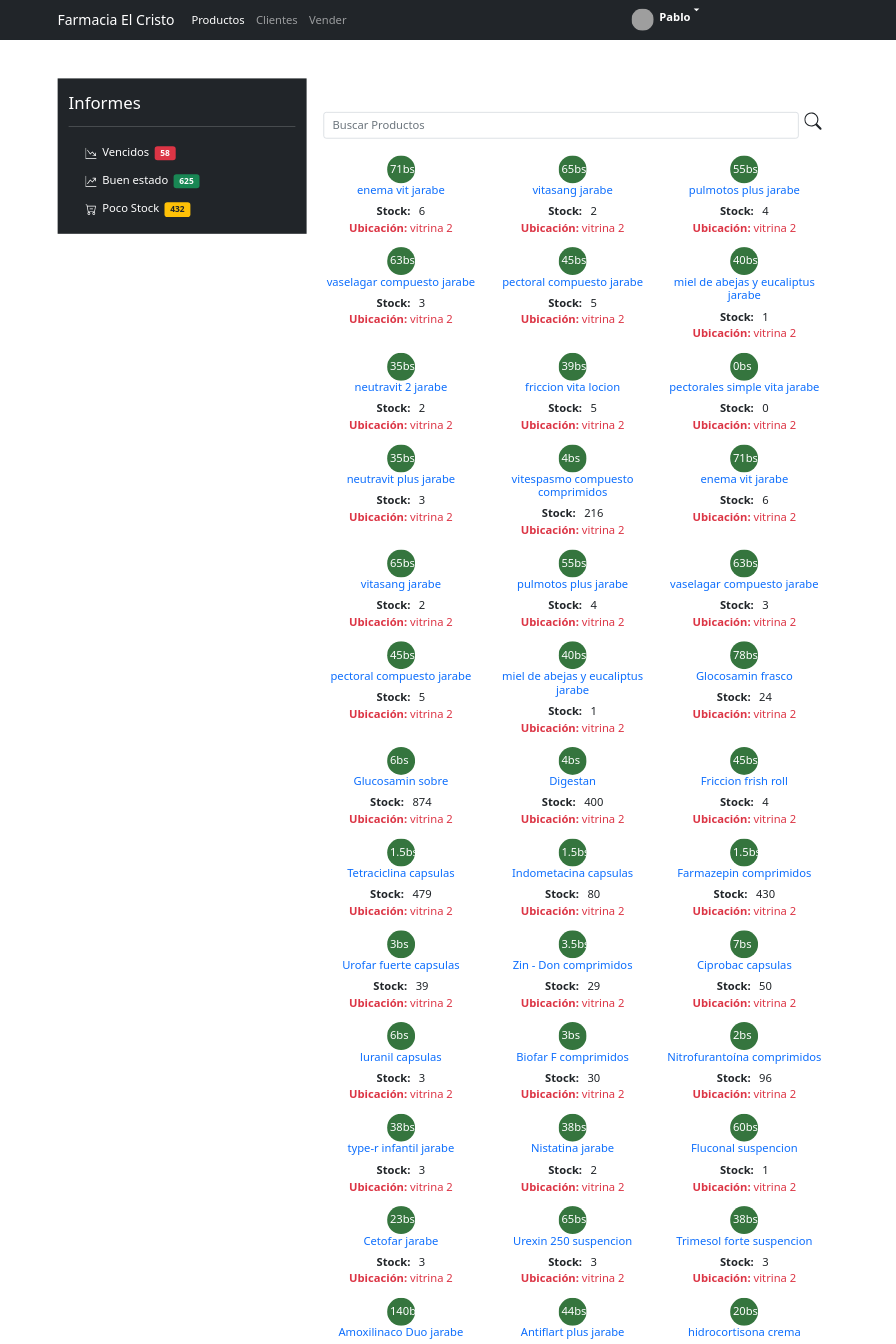
Repository: covales/farmacia
Page: /
These files come from the project's save history. The page is drawn as it stood at one moment and after a run of saves; the edit follows.
The browser window is 1280 px wide. The pictures show the part of the page from y = 0 to 1920 px (the page is 36407 px tall), at 70% of full size.
Pictures or frames that could not be fetched are drawn as grey boxes. The project was rebuilt for these pictures with package versions that can differ from the ones it lists, and the page was loaded fresh each time. Also part of the build but not shown: src/components/header/Header.jsx, src/components/product/ListProductVencidos.jsx, src/components/product/ListProductGood.jsx, src/components/product/ListProductLowStock.jsx, src/components/product/ProductSale.jsx, src/clientes/ListClient.jsx, src/components/product/Product.jsx.

Above is the page before, as saved 2022-01-23 13:15:18.

### public/index.html
<!DOCTYPE html>
<html lang="es">

<head>
  <meta charset="utf-8" />
  <link rel="icon" href="%PUBLIC_URL%/favicon.ico" />
  <meta name="viewport" content="width=device-width, initial-scale=1" />
  <meta name="theme-color" content="#000000" />
  <meta name="description" content="Web site created using create-react-app" />
  <link rel="apple-touch-icon" href="%PUBLIC_URL%/logo192.png" />

  <link rel="manifest" href="%PUBLIC_URL%/manifest.json" />

  <title>Farmacia</title>
  <link href="https://cdn.jsdelivr.net/npm/bootstrap@5.1.3/dist/css/bootstrap.min.css" rel="stylesheet"
    integrity="sha384-1BmE4kWBq78iYhFldvKuhfTAU6auU8tT94WrHftjDbrCEXSU1oBoqyl2QvZ6jIW3" crossorigin="anonymous">
  <script src="https://cdn.jsdelivr.net/npm/bootstrap@5.1.3/dist/js/bootstrap.bundle.min.js"
    integrity="sha384-ka7Sk0Gln4gmtz2MlQnikT1wXgYsOg+OMhuP+IlRH9sENBO0LRn5q+8nbTov4+1p"
    crossorigin="anonymous"></script>
</head>

<body>

  <div id="root"></div>

</body>

</html>

### src/index.js
import React from 'react';
import ReactDOM from 'react-dom';
import App from './App';


ReactDOM.render(

    <App/>,

  document.getElementById('root')
);

### src/App.js
import Home from './pages/Home';
import { BrowserRouter as Router, Routes, Route } from "react-router-dom";
import ListProductVencidos from './components/product/ListProductVencidos';
import ListProductGood from './components/product/ListProductGood';
import ListProductLowStock from './components/product/ListProductLowStock';
import ProductSale from './components/product/ProductSale';
import ListClient from './clientes/ListClient';
import Product from './components/product/Product';

function App() {
  return (
    <Router>

        <Routes>
          <Route exact path="/" element={<Home />}/>
          <Route exact path="vencidos" element={<ListProductVencidos/>}/>
          <Route exact path="good" element={<ListProductGood/>}/>
          <Route exact path="lowstock" element={<ListProductLowStock/>}/>
          <Route exact path="productsale" element={<ProductSale/>}/>
          <Route exact path="productos" element={<Product/>}/>
          <Route exact path="clientes" element={<ListClient/>}/>
        </Routes>

    </Router>

  );
}

export default App;

### src/pages/Home.jsx
import React from 'react'
import styled from 'styled-components'
import AsideReport from '../components/aside/AsideReport'
import Header from '../components/header/Header'
import Navbar from '../components/navbar/Navbar'
import ListProduct from '../components/product/ListProduct'

const Home = () => {
    return (
        <>
            <Navbar></Navbar>
            <main className='container pt-5'>
                <div className="row">
                    <div className="col-md-4"><AsideReport /></div>
                    <div className="col"><ListProduct /></div>
                </div>
            </main>

        </>

    )
}

export default Home

### src/components/aside/AsideReport.jsx
import React, { useState, useEffect } from 'react'
import data from '../../data/data'
import { Link } from "react-router-dom";

const initialExpiration = () => {
    const fActual = new Date();
    const limite = data.length;
    var number = 0;
    const BusquedaVencidos = [];

    for (let index = 0; index < limite; index++) {

        const productFV = new Date(data[index].fVencimiento?.toString());

        if (productFV <= fActual) {

            BusquedaVencidos.push(data[index]);
            number = BusquedaVencidos.length;

        }

    }

    return number
}

const initialGood = () => {
    const fActual = new Date();
    const limite = data.length;
    var number = 0;
    const BusquedaBuenos = [];

    for (let index = 0; index < limite; index++) {

        const productFV = new Date(data[index].fVencimiento?.toString());

        if (productFV > fActual) {

            BusquedaBuenos.push(data[index]);
            number = BusquedaBuenos.length;

        }

    }

    return number

}

const lowStock = () => {

    var number = 0;
    const limite = data.length;
    const lowstock = [];


    for (let index = 0; index < limite; index++) {

        const productCantidad = data[index].cantidad?.toString();
        const productItem = data[index].item?.toString();
        if (productCantidad<=10){
            lowstock.push(data[index])
           // console.log(lowstock, productItem,productCantidad);
           // console.log("total" + " "+ lowstock.length )
           number=lowstock.length;
        }




    }

    return number


}


const AsideReport = () => {

    const [count, setCount] = useState(initialExpiration);
    const [countxv, setCountXV] = useState(initialGood);
    const [countstock, setCountStock] = useState(lowStock);




    return (
        <div className='sticky-top pt-5'>
            <p></p>
            <div className="d-flex flex-column flex-shrink-0 p-3 text-white bg-dark">
                <p className="d-flex align-items-center mb-3 mb-md-0 me-md-auto text-white text-decoration-none">

                    <span className="fs-4">Informes</span>
                </p>
                <hr />
                <ul className="nav nav-pills flex-column ">
                    <li className="nav-item ">
                        <Link to="/vencidos" className="nav-link text-white " aria-current="page">
                            <svg xmlns="http://www.w3.org/2000/svg" width="16" height="16" fill="currentColor" className="bi bi-graph-down-arrow mx-2" viewBox="0 0 16 16">
                                <path d="M0 0h1v15h15v1H0V0Zm10 11.5a.5.5 0 0 0 .5.5h4a.5.5 0 0 0 .5-.5v-4a.5.5 0 0 0-1 0v2.6l-3.613-4.417a.5.5 0 0 0-.74-.037L7.06 8.233 3.404 3.206a.5.5 0 0 0-.808.588l4 5.5a.5.5 0 0 0 .758.06l2.609-2.61L13.445 11H10.5a.5.5 0 0 0-.5.5Z" />
                            </svg>
                            Vencidos<span className="badge bg-danger mx-2" >{count}</span>
                        </Link>
                    </li>
                    <li>
                        <Link to="/good" className="nav-link text-white">
                            <svg xmlns="http://www.w3.org/2000/svg" width="16" height="16" fill="currentColor" className="bi bi-graph-up-arrow mx-2" viewBox="0 0 16 16">
                                <path d="M0 0h1v15h15v1H0V0Zm10 3.5a.5.5 0 0 1 .5-.5h4a.5.5 0 0 1 .5.5v4a.5.5 0 0 1-1 0V4.9l-3.613 4.417a.5.5 0 0 1-.74.037L7.06 6.767l-3.656 5.027a.5.5 0 0 1-.808-.588l4-5.5a.5.5 0 0 1 .758-.06l2.609 2.61L13.445 4H10.5a.5.5 0 0 1-.5-.5Z" />
                            </svg>
                            Buen estado<span className="badge bg-success mx-2">{countxv}</span>
                        </Link>
                    </li>
                    <li>
                        <Link to="/lowstock" className="nav-link text-white ">
                            <svg xmlns="http://www.w3.org/2000/svg" width="16" height="16" fill="currentColor" className="bi bi-cart-dash mx-2" viewBox="0 0 16 16">
                                <path d="M6.5 7a.5.5 0 0 0 0 1h4a.5.5 0 0 0 0-1h-4z" />
                                <path d="M.5 1a.5.5 0 0 0 0 1h1.11l.401 1.607 1.498 7.985A.5.5 0 0 0 4 12h1a2 2 0 1 0 0 4 2 2 0 0 0 0-4h7a2 2 0 1 0 0 4 2 2 0 0 0 0-4h1a.5.5 0 0 0 .491-.408l1.5-8A.5.5 0 0 0 14.5 3H2.89l-.405-1.621A.5.5 0 0 0 2 1H.5zm3.915 10L3.102 4h10.796l-1.313 7h-8.17zM6 14a1 1 0 1 1-2 0 1 1 0 0 1 2 0zm7 0a1 1 0 1 1-2 0 1 1 0 0 1 2 0z" />
                            </svg>
                            Poco Stock<span className="badge bg-warning text-dark mx-2">{countstock}</span>
                        </Link>
                    </li>
                </ul>
            </div>

        </div>
    )
}

export default AsideReport

### src/components/navbar/Navbar.jsx
import React from 'react'
import Search from '../search/Search'
import { Link } from "react-router-dom";
import FormAddProduct from '../product/FormAddProduct';

const Navbar = (props) => {
    return (

        <div className='container'>
            <nav className="navbar navbar-expand-md navbar-dark  fixed-top bg-dark ">
                <div className="container ">
                    <Link className="navbar-brand" to="/">Farmacia El Cristo</Link>
                    <button className="navbar-toggler" type="button" data-bs-toggle="collapse" data-bs-target="#navbarCollapse" aria-controls="navbarCollapse" aria-expanded="false" aria-label="Toggle navigation">
                        <span className="navbar-toggler-icon"></span>
                    </button>
                    <div className="collapse navbar-collapse" id="navbarCollapse">
                        <ul className="navbar-nav me-auto mb-2 mb-md-0 ">
                            <li className="nav-item ">
                                <Link className="nav-link active" aria-current="page" to="/productos">Productos</Link>
                            </li>
                            <li className="nav-item">
                                <Link className="nav-link" to="/clientes">Clientes</Link>
                            </li>
                            <li className="nav-item">
                                <Link className="nav-link " to='/productsale'>Vender</Link>
                            </li>
                        </ul>
                        <div className="dropdown mx-auto">
                            <a href="#" className="d-flex text-white text-decoration-none dropdown-toggle" id="dropdownUser1" data-bs-toggle="dropdown" aria-expanded="false">
                                <img src="https://github.com/mdo.png" alt="" width="32" height="32" className="rounded-circle me-2" />
                                <strong>Pablo</strong>
                            </a>
                            <ul className="dropdown-menu dropdown-menu-dark text-small shadow" aria-labelledby="dropdownUser1">
                                <li><a className="dropdown-item" data-bs-toggle="modal" data-bs-target="#exampleModal">Registrar Producto</a></li>
                                <li><a className="dropdown-item" href="#">Registrar Vendedor</a></li>
                                <li><a className="dropdown-item" href="#">Registrar Cliente</a></li>
                                <li><hr className="dropdown-divider" /></li>
                                <li><a className="dropdown-item" href="#">Salir</a></li>
                            </ul>
                        </div>
                    </div>
                </div>
            </nav>
            <div className="modal fade" id="exampleModal"  aria-labelledby="exampleModalLabel" aria-hidden="true">
                <div className="modal-dialog modal-lg">
                    <div className="modal-content">
                        <div className="modal-header">
                            <h5 className="modal-title" id="exampleModalLabel">Registrar productos</h5>
                            <button type="button" className="btn-close" data-bs-dismiss="modal" aria-label="Close"></button>
                        </div>
                        <div className="modal-body">
                            <FormAddProduct></FormAddProduct>
                        </div>
                    </div>
                </div>
            </div>
        </div>

    )
}

export default Navbar

### src/components/product/ListProduct.jsx
import React, { useState, useEffect } from 'react'
import data from '../../data/data'
import Search from '../search/Search'





const ListProduct = () => {

    const [productos, setProductos] = useState([]);
    const [productsearch, setProductsearch] = useState([]);

    const getProductos = async () => {

        setProductos(data);
        setProductsearch(data);

    }

    const filtrar = (terminoBusqueda) => {

        const resultadoBusqueda = [];
        const limite = productsearch.length;

        for (let index = 0; index < limite; index++) {
            const nombreProducto = productsearch[index].medicamentoPresentacion?.toLowerCase();
            //console.log(nombreProducto);
            const patt = new RegExp(terminoBusqueda);
            const res = patt.test(nombreProducto);

            if (res) {
                resultadoBusqueda.push(productsearch[index])
            }
        }


        setProductos(resultadoBusqueda);

    }

    useEffect(() => {
        getProductos();
    }, [])


    return (

        <div className='row pt-5'>
            <div className='row sticky-top pt-5' >
                <div className='col-12'>
                    <p></p>
                <Search filtro={filtrar} />
                </div>

            </div>


            <div className="row pt-4">
                {productos && productos.map((producto) => {

                    return (
                        <div className="col-4 text-center" key={producto.item}>
                            <svg className="bd-placeholder-img rounded-circle" width="40" height="40" role="img" preserveAspectRatio="xMidYMid slice" focusable="false"><rect width="100%" height="100%" fill="#35753e" /><text x="10%" y="50%" fill="#fff" dy=".3em">{producto.pVenta}bs</text></svg>
                            <h6 className='text-primary '>{producto.medicamentoPresentacion}</h6>
                            <p ><b className='me-2'>Stock:</b> {producto.cantidad}<br />
                                <span className='text-danger'> <b> Ubicación:</b> {producto.ubicacion}</span>
                            </p>

                        </div>

                    );
                })}

            </div>

        </div>
    )
}

export default ListProduct

### src/components/search/Search.jsx
import React, { useState } from 'react'


const Search = (props) => {

    const [busqueda, setbusqueda] = useState("");

    const handleChange = (e) => {
        e.preventDefault();
        const cadena = e.target.value?.toLowerCase();
        setbusqueda(e.target.value);
        props.filtro(cadena);
        // console.log("busqueda: " + cadena);

    }

    return (

        <form className="d-flex">
            <input className="form-control me-2" type="search" placeholder="Buscar Productos" aria-label="Search" value={busqueda} onChange={handleChange} />
            <svg  width="26" height="26" fill="currentColor" className="bi bi-search" viewBox="0 0 16 16">
                <path d="M11.742 10.344a6.5 6.5 0 1 0-1.397 1.398h-.001c.03.04.062.078.098.115l3.85 3.85a1 1 0 0 0 1.415-1.414l-3.85-3.85a1.007 1.007 0 0 0-.115-.1zM12 6.5a5.5 5.5 0 1 1-11 0 5.5 5.5 0 0 1 11 0z" />
            </svg>
        </form>

    )
}

export default Search

### src/components/product/FormAddProduct.jsx
import React, { useState } from 'react'
import { addDoc, collection } from "firebase/firestore"
import db from "../../data/firebaseConfig"

const initialStateValues = {
    nombreProducto: '',
    presentacion: '',
    laboratorio: '',
    stock: '',
    fCompra: '',
    fVencimiento: '', //FECHA DE VENCIMIENTO
    pCompra: '',
    pVenta: '',  //PRECIO DE VENTA
    modoVenta: '',
    ubicacion: '',

}

const FormAddProduct = () => {

    const [producto, setProducto] = useState([initialStateValues]);

    const handleInputChange = e => {
        const { id, value } = e.target;
        setProducto({ ...producto, [id]: value });
        //console.log(addProducto);
    }

    const registrarProducto = async (objProducto) => {
        //console.log(objProducto);
        await addDoc(collection(db, "productos"), objProducto);
        console.log("registro exitoso");
    }

    const handleSubmit = e => {

        registrarProducto(producto);
        setProducto({ ...initialStateValues });
    }

    return (

        <div>
            <div className="mb-2 row">
                <label htmlFor="nombreProducto" className="col-sm-5 col-form-label col-form-label-sm">Nombre del producto</label>
                <div className="col-sm-5">
                    <input
                        type="text"
                        className="form-control form-control-sm"
                        id="nombreProducto"
                        onChange={handleInputChange}
                        value={producto.nombreProducto}
                    />
                </div>
            </div>
            <div className="mb-2 row">
                <label htmlFor="presentacion" className="col-sm-5 col-form-label col-form-label-sm">Presentacion</label>
                <div className="col-sm-5">
                    <input
                        type="text"
                        className="form-control form-control-sm"
                        id="presentacion"
                        onChange={handleInputChange}
                        value={producto.presentacion}
                    />
                </div>
            </div>
            <div className="mb-2 row">
                <label htmlFor="laboratorio" className="col-sm-5 col-form-label col-form-label-sm">Laboratorio</label>
                <div className="col-sm-5">
                    <input
                    type="text"
                    className="form-control form-control-sm"
                    id="laboratorio"
                    onChange={handleInputChange}
                    value={producto.laboratorio}
                    />
                </div>
            </div>
            <div className="mb-2 row">
                <label htmlFor="stock" className="col-sm-5 col-form-label col-form-label-sm">Stock</label>
                <div className="col-sm-5">
                    <input
                    type="number"
                    className="form-control form-control-sm"
                    id="stock"
                    onChange={handleInputChange}
                    value={producto.stock}
                    />
                </div>
            </div>
            <div className="mb-2 row">
                <label htmlFor="fCompra" className="col-sm-5 col-form-label col-form-label-sm">Fecha de compra</label>
                <div className="col-sm-5">
                    <input
                    type="date"
                    className="form-control form-control-sm"
                    id="fCompra"
                    onChange={handleInputChange}
                    value={producto.fCompra}
                    />
                </div>
            </div>
            <div className="mb-2 row">
                <label htmlFor="fVencimiento" className="col-sm-5 col-form-label col-form-label-sm">Fecha de vencimiento</label>
                <div className="col-sm-5">
                    <input
                    type="date"
                    className="form-control form-control-sm"
                    id="fVencimiento"
                    onChange={handleInputChange}
                    value={producto.fVencimiento}
                    />
                </div>
            </div>
            <div className="mb-2 row">
                <label htmlFor="pCompra" className="col-sm-5 col-form-label col-form-label-sm">Precio de compra</label>
                <div className="col-sm-5">
                    <input
                    type="number"
                    className="form-control form-control-sm"
                    id="pCompra"
                    onChange={handleInputChange}
                    value={producto.pCompra}
                    />
                </div>
            </div>
            <div className="mb-2 row">
                <label htmlFor="pVenta" className="col-sm-5 col-form-label col-form-label-sm">Precio de venta</label>
                <div className="col-sm-5">
                    <input
                    type="number"
                    className="form-control form-control-sm"
                    id="pVenta"
                    onChange={handleInputChange}
                    value={producto.pVenta}
                    />
                </div>
            </div>
            <div className="mb-2 row">
                <label htmlFor="modoVenta" className="col-sm-5 col-form-label col-form-label-sm">Modo de venta</label>
                <div className="col-sm-5">
                    <input
                    type="text"
                    className="form-control form-control-sm"
                    id="modoVenta"
                    onChange={handleInputChange}
                    value={producto.modoVenta}
                    />
                </div>
            </div>

            <div className="mb-2 row">
                <label htmlFor="ubicacion" className="col-sm-5 col-form-label col-form-label-sm">Ubicación</label>
                <div className="col-sm-5">
                    <input
                    type="text"
                    className="form-control form-control-sm"
                    id="ubicacion"
                    onChange={handleInputChange}
                    value={producto.ubicacion}
                    />
                </div>
            </div>
            <div className="modal-footer">
                <button type="button" className="btn btn-danger" data-bs-dismiss="modal">Cerrar</button>
                <button type="button" className="btn btn-success" onClick={handleSubmit}>Guardar</button>
            </div>
        </div>


    )
}

export default FormAddProduct

### src/data/firebaseConfig.js
import { initializeApp } from "firebase/app";
import{getFirestore} from "firebase/firestore";

const firebaseConfig = {
  apiKey: "AIzaSyA7HZ3krdNQi9LFzOJQ3K1FJDfejUxA9VE",
  authDomain: "farmaciaelcristo-3b008.firebaseapp.com",
  projectId: "farmaciaelcristo-3b008",
  storageBucket: "farmaciaelcristo-3b008.appspot.com",
  messagingSenderId: "828510295468",
  appId: "1:828510295468:web:bc866a5a4cdb1b1b821609"
};


const app = initializeApp(firebaseConfig);
const db = getFirestore(app);

export default db;

Loaded but not shown: src/data/data.js (library)

After the next 3 saves:
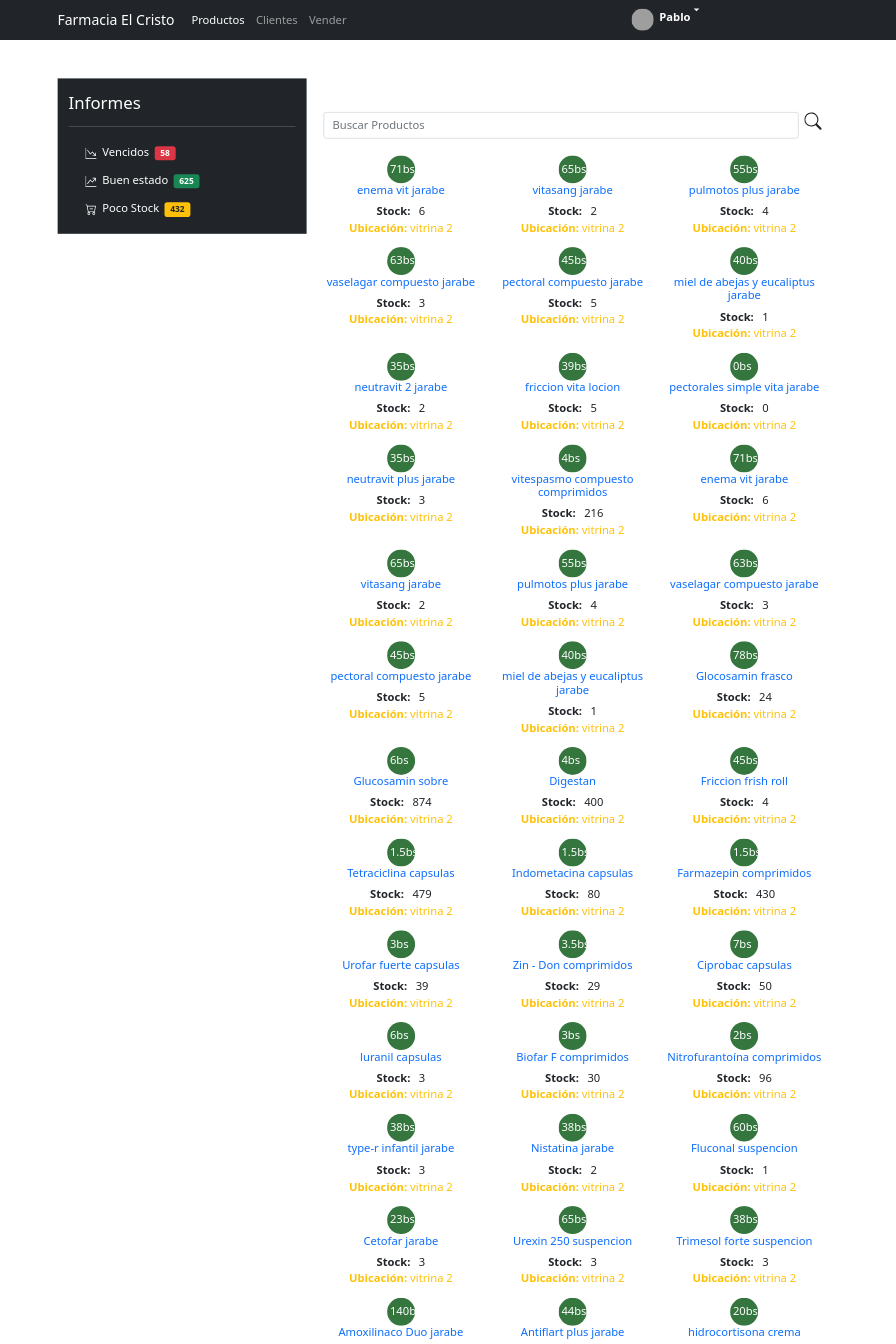
The 3 saves are shown as one change because they came seconds apart.
The last was saved 2 min 17 s later.
--- a/src/components/product/ListProduct.jsx
+++ b/src/components/product/ListProduct.jsx
@@ -64,7 +64,7 @@ const ListProduct = () => {
                             <svg className="bd-placeholder-img rounded-circle" width="40" height="40" role="img" preserveAspectRatio="xMidYMid slice" focusable="false"><rect width="100%" height="100%" fill="#35753e" /><text x="10%" y="50%" fill="#fff" dy=".3em">{producto.pVenta}bs</text></svg>
                             <h6 className='text-primary '>{producto.medicamentoPresentacion}</h6>
                             <p ><b className='me-2'>Stock:</b> {producto.cantidad}<br />
-                                <span className='text-danger'> <b> Ubicación:</b> {producto.ubicacion}</span>
+                                <span className='text-warning'> <b> Ubicación:</b> {producto.ubicacion}</span>
                             </p>
 
                         </div>
